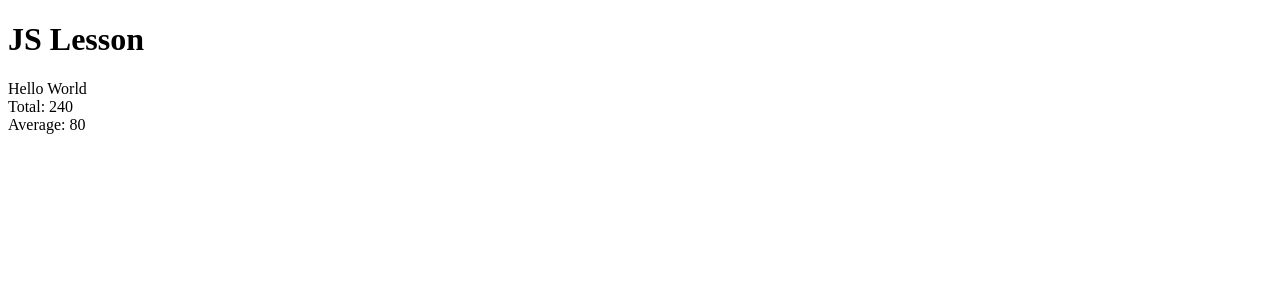
Repository: Haakim19/JavaScript
Page: index2.html
An editor plug-in stored every save of this project. The page is shown before and after the next save, followed by the edit.
The browser window is 1280 px wide. The pictures show the whole page.

Above is the page before, as saved 2024-11-06 15:18:37.

### index2.html
<!DOCTYPE html>
<html lang="en">
<head>
    <meta charset="UTF-8">
    <meta name="viewport" content="width=device-width, initial-scale=1.0">
    <title>JavaScript-lesson</title>
</head>
<body>
    <h1>JS Lesson</h1>
    <script>
        // alert('Hello World');
        console.log('Hello World');
        document.write('Hello World');
        var sub1 = 70;
        var sub2 = 80;
        var sub3 = 90;
        var total = sub1 + sub2 + sub3;
        var avg = total / 3;
        document.write('<br>');
        document.write('Total: ' + total);
        document.write('<br>');
        document.write('Average: ' + avg);

    </script>
</body>
</html>

After the next save:
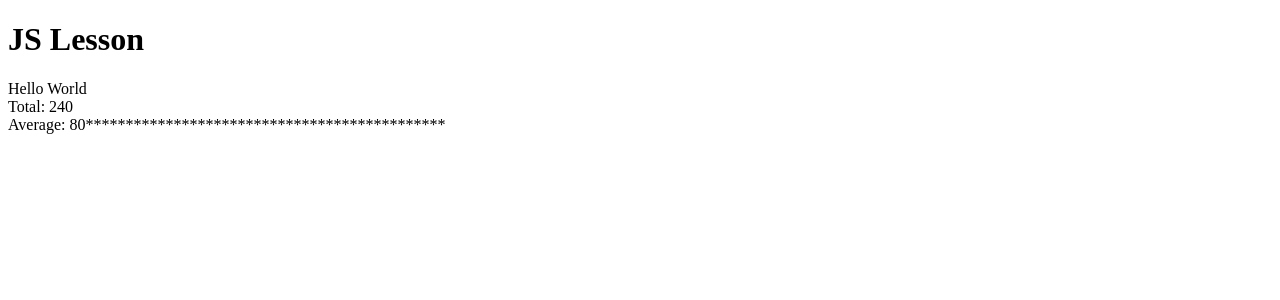
Saved 7 min 42 s later.
--- a/index2.html
+++ b/index2.html
@@ -20,7 +20,12 @@
         document.write('Total: ' + total);
         document.write('<br>');
         document.write('Average: ' + avg);
+        for (let i = 0; i < 10; i++) {
+            for (let j = 0 ; j < i; j++){
+                document.write('*');
+            }
 
+        }
     </script>
 </body>
 </html>
